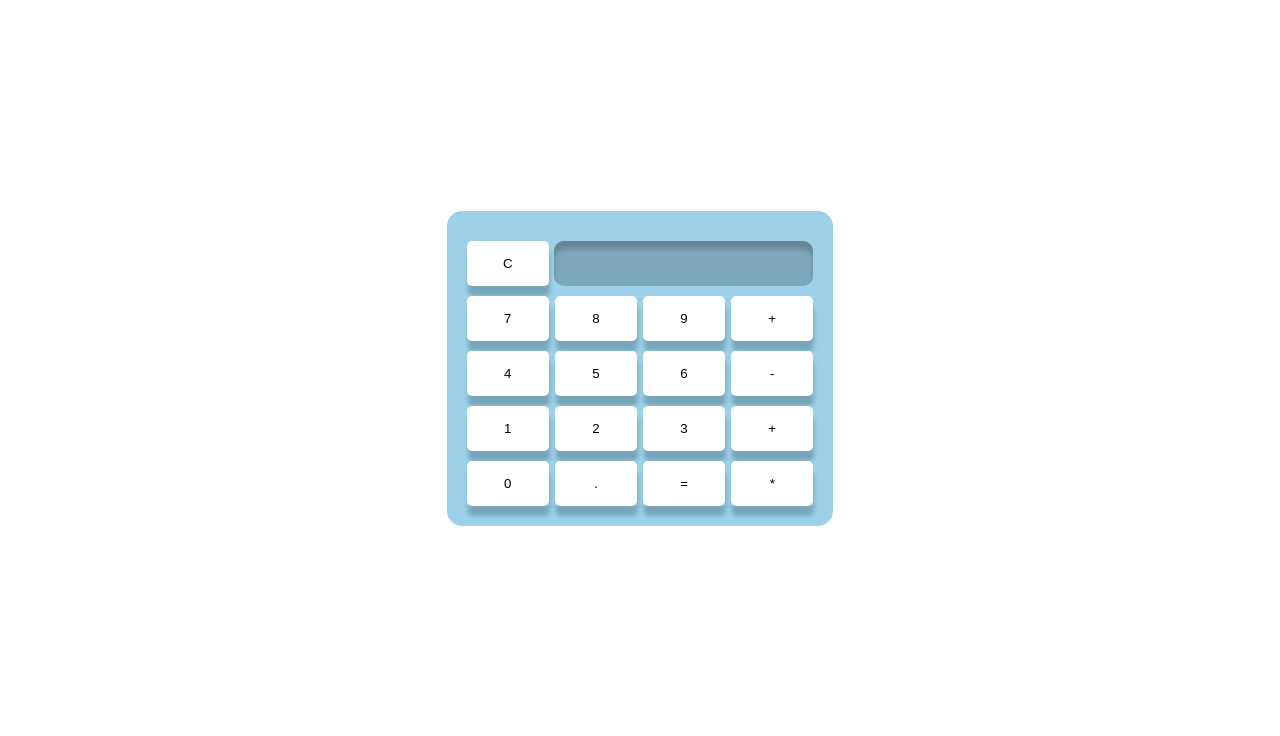
Repository: sem1103/calculator
Page: index.html
An editor plug-in stored every save of this project. The page is shown before and after the next save, followed by the edit.
The browser window is 1280 px wide. The pictures show the whole page.

Above is the page before, as saved 2023-11-01 19:56:29.

### index.html
<!DOCTYPE html>
<html lang="en">

<head>
    <meta charset="UTF-8">
    <meta name="viewport" content="width=device-width, initial-scale=1.0">
    <title>Calc</title>
    <style>
        * {
            box-sizing: border-box;
        }

        .calc__container {
            display: flex;
            justify-content: center;
            height: 100vh;
            align-items: center;
        }

        .calc__wrapper {
            max-width: 900px;
            background-color: #9cd1e9;
            padding: 20px;
            border-radius: 15px;
        }

        .calc__display {
            box-shadow: inset 0px 8px 4px 0px #658695;
            background-color: #7da8ba;
            flex: 1;
            border-radius: 10px;
        }

        .calc__main,
        .calc__header {
            display: flex;
            flex-direction: row;
            flex-wrap: wrap;
            justify-content: space-between;
            row-gap: 10px;
            column-gap: 5px;

        }

        .calc__header {
            margin: 10px 0;
        }

        button {
            padding: 15px 5px;
            text-align: center;
            background-color: #fff;
            box-shadow: 1px 10px 4px #77a6bb;
            flex-basis: calc(25% - 5px);
            border: 0;
            border-radius: 5px;
            cursor: pointer;
        }
    </style>
</head>

<body>
    <div class="calc__container">
        <div class="calc__wrapper">
            <div class="calc__header">
                <button>C</button>
                <div class="calc__display">

                </div>
            </div>
            <div class="calc__main">
                <button>7</button>
                <button>8</button>
                <button>9</button>
                <button>+</button>
                <button>4</button>
                <button>5</button>
                <button>6</button>
                <button>-</button>
                <button>1</button>
                <button>2</button>
                <button>3</button>
                <button>+</button>
                <button>0</button>
                <button>.</button>
                <button>=</button>
                <button>*</button>
            </div>
        </div>
    </div>
</body>

</html>

After the next save:
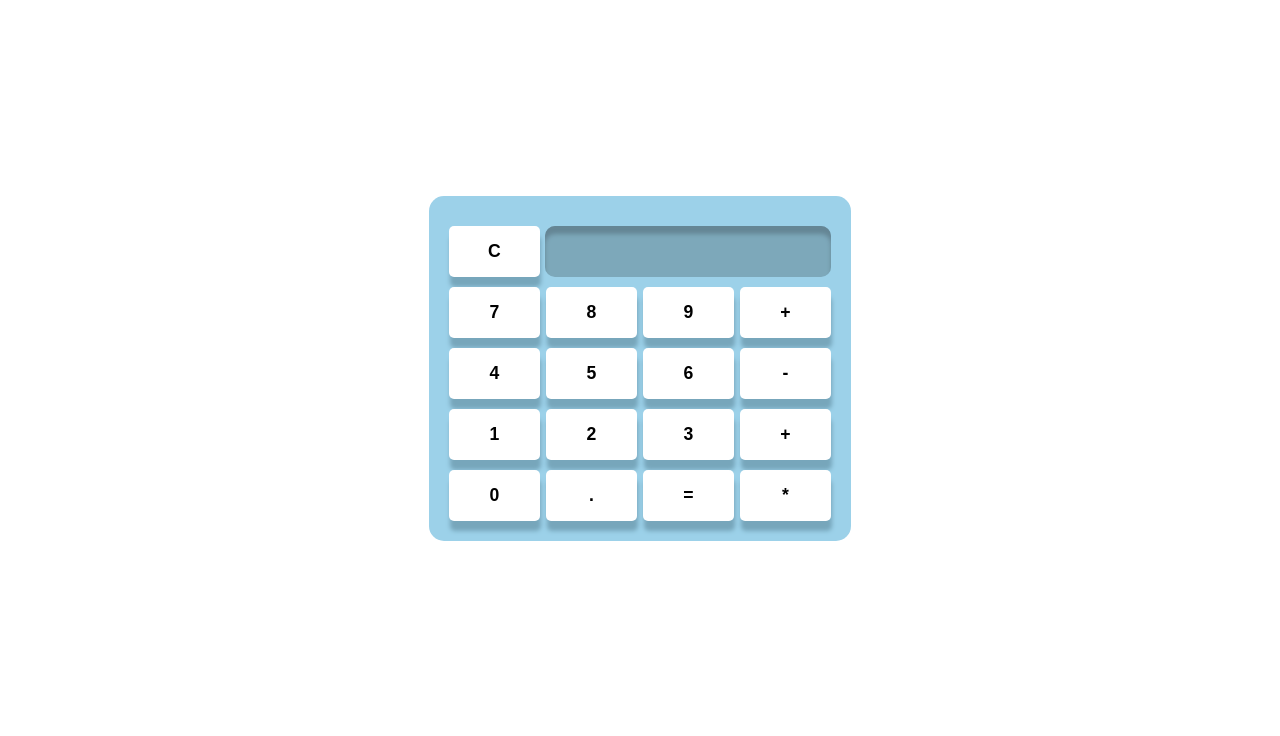
Saved 22 s later.
--- a/index.html
+++ b/index.html
@@ -55,6 +55,7 @@
             border: 0;
             border-radius: 5px;
             cursor: pointer;
+            font: bold 1.1rem arial;
         }
     </style>
 </head>
